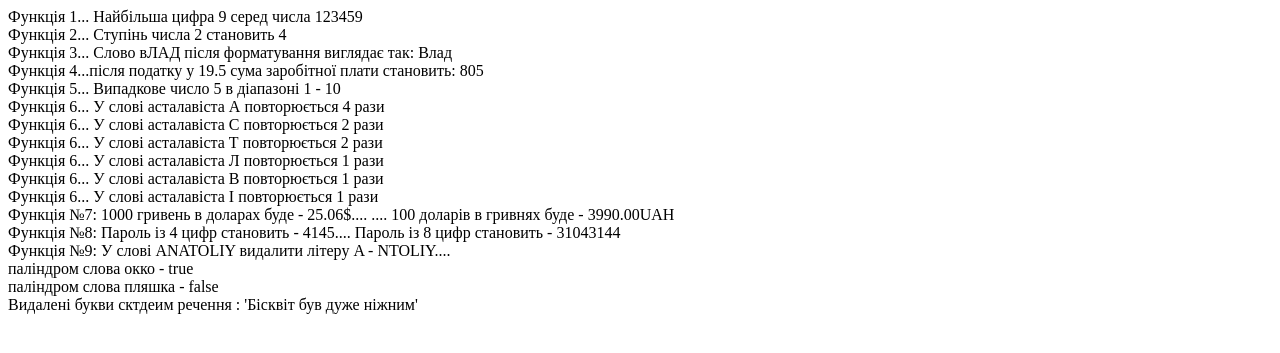
Repository: batonAnton/cursor_js_hw_3
Page: index.html
These files come from the project's save history. The page is drawn as it stood at one moment and after the next save; the edit follows.
The browser window is 1280 px wide. The pictures show the whole page.

Above is the page before, as saved 2022-09-16 17:50:14.

After the next save:
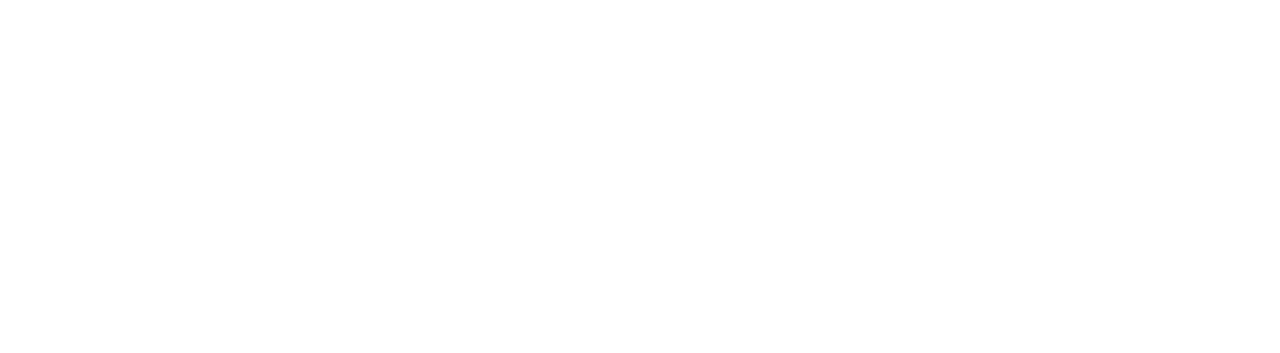
Console error: SyntaxError: Unexpected token '}'
Saved 5 min 28 s later.
--- a/js/index.js
+++ b/js/index.js
@@ -67,30 +67,33 @@
 function repeatLetter( str )
 {
 
-  for( let i = 0 ;i < str.length ;i++)
-  {
-    let count = 0;
-    for( let j = 0 ;j < str.length ;j++)
-    {
-      if( str[i] == str[j] && i > j  )
-      {
-       break;
-      }
-      if( str[i] == str[j]  )
-      {
-        count++;
-      }
-    }
-    if( count > 0)
-
-    // console.log(`${str[i].toUpperCase()} повторюється  ${count} рази`);
-document.writeln(` <br> Функція 6... У слові ${test_str} ${str[i].toUpperCase()} повторюється  ${count} рази `);
-
-  }
-
-}
-
-
+//   for( let i = 0 ;i < str.length ;i++)
+//   {
+//     let count = 0;
+//     for( let j = 0 ;j < str.length ;j++)
+//     {
+//       if( str[i] == str[j] && i > j  )
+//       {
+//        break;
+//       }
+//       if( str[i] == str[j]  )
+//       {
+//         count++;
+//       }
+//     }
+//     if( count > 0)
+
+//     // console.log(`${str[i].toUpperCase()} повторюється  ${count} рази`);
+// document.writeln(` <br> Функція 6... У слові ${test_str} ${str[i].toUpperCase()} повторюється  ${count} рази `);
+
+//   }
+  for(let i = 0; i<str.length; i++){
+    let counter = 0;
+    if(checkLetter[i] )
+  }
+}
+
+let checkLetter = "а";
 let test_str = "асталавіста";
 console.log("У слові " + " " + test_str + " " + "слова повторюються :");
 repeatLetter( test_str);

After the 2 saves that followed:
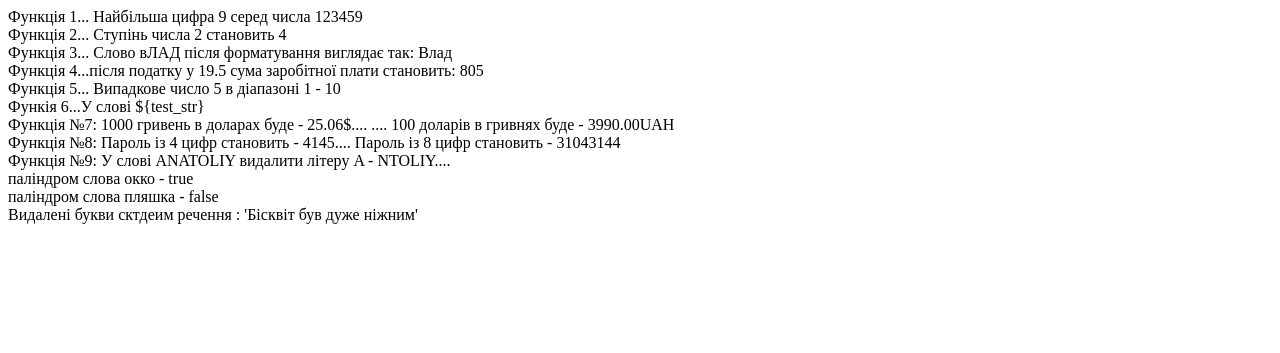
The error is gone.
The 2 saves are shown as one change because 1 left the picture as it was.
The last was saved 11 min 10 s later.
--- a/js/index.js
+++ b/js/index.js
@@ -89,14 +89,19 @@
 //   }
   for(let i = 0; i<str.length; i++){
     let counter = 0;
-    if(checkLetter[i] )
-  }
-}
-
+    for( let j = 0 ;j < str.length ;j++)
+    {
+      if( str[i] == str[j] && i > j  )
+      {
+       break;
+      }
+  }
+}
+}
 let checkLetter = "а";
 let test_str = "асталавіста";
-console.log("У слові " + " " + test_str + " " + "слова повторюються :");
-repeatLetter( test_str);
+document.writeln('<br> Функія 6...У слові ${test_str}')
+repeatLetter( test_str,checkLetter);
 
 
 
